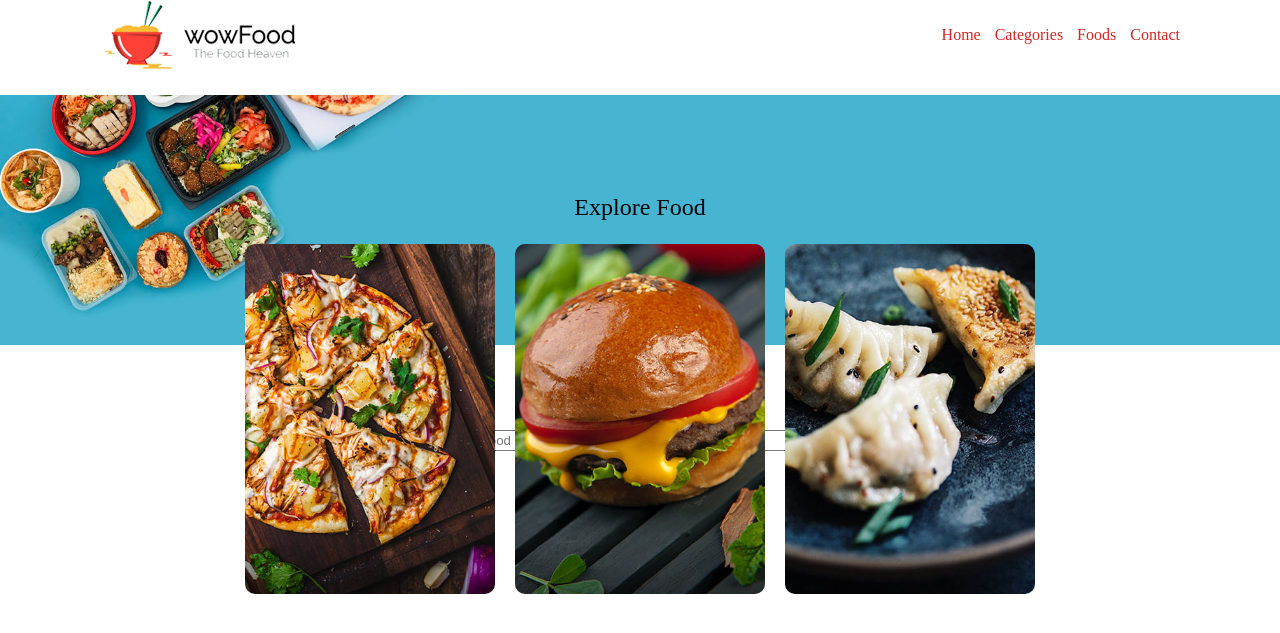
Repository: ruaruababa/WowFood
Page: index.html
These files come from the project's save history. The page is drawn as it stood at one moment and after the next save; the edit follows.
The browser window is 1280 px wide. The pictures show the whole page.

Above is the page before, as saved 2021-09-17 22:56:07.

### index.html
<!DOCTYPE html>
<html lang="en">

<head>
    <meta charset="UTF-8" />
    <meta http-equiv="X-UA-Compatible" content="IE=edge" />
    <meta name="viewport" content="width=device-width, initial-scale=1.0" />
    <title>Document</title>
    <link rel="stylesheet" href="./style.css" />
    <link rel="stylesheet" href="./reset.css" />
</head>

<body>
    <header>
        <div class="container-header">
            <div class="header-left">
                <img src="./img/logo.png" alt="" />
            </div>
            <div class="header-right">
                <ul class="nav">
                    <li class="item"><a href="">Home</a></li>
                    <li class="item"><a href="">Categories</a></li>
                    <li class="item"><a href="">Foods</a></li>
                    <li class="item"><a href="">Contact</a></li>
                </ul>
            </div>
        </div>
    </header>
    <nav>
        <div class="container-nav">
            <div class="background-search">
                <img src="./img/bg.jpg" alt="bgr-search" />
            </div>
            <div class="form">
                <input type="text" placeholder="Search for Food ..." class="input-search" />
                <input type="button" value="Search" class="btn-search" />
            </div>
        </div>
    </nav>
    <section>
        <div class="container-section">
            <div class="explore-food">Explore Food</div>
            <div class="collection-food">
                <ul class="list-food">
                    <li class="item"><img src="./img/pizza.jpg" alt="" /></li>
                    <li class="item"><img src="./img/burger.jpg" alt="" /></li>
                    <li class="item"><img src="./img/momo.jpg" alt="" /></li>
                </ul>
            </div>
        </div>
    </section>
</body>

</html>

### style.css
.container-header{
    display: flex;
    justify-content: space-between;
    align-items: center;
}
.header-left{
    display: flex;
    margin-left: 100px;
}
.name-brand{
    margin-top: 50%;
}

.header-right{
    margin-right: 100px;
}
.nav{
    list-style: none;
}
.nav li{
    display: inline;
    padding-left: 10px;
}
.nav li a {
    text-decoration: none;
    color: rgb(211, 38, 38);
}

.container-nav {
    text-align: center;
    height: 100px;
    line-height: 100px;
}
.background-search img{
    margin-top: 25px;
    height: 250px;
    width: 100%;
    object-fit: cover;
}
.input-search{
    width: 30%;
}
.btn-search{
    background-color: rgba(250, 59, 59, 0.849);
    border: none;
    border-radius: 3px;
    font-size: 15.5px;
    color: white;
}
.list-food{
    display: flex;
    justify-content: center;
    column-gap: 20px;
}
.explore-food{
    font-size: 24px;
    text-align: center;
    padding: 25px 0;
}
.list-food li {
    width: 250px;
    height: 350px;
}

.list-food li img {
    width: 100%;
    height: 100%;
    object-fit: cover;
    border-radius: 10px;
}

Loaded but not shown: reset.css (common file)

After the next save:
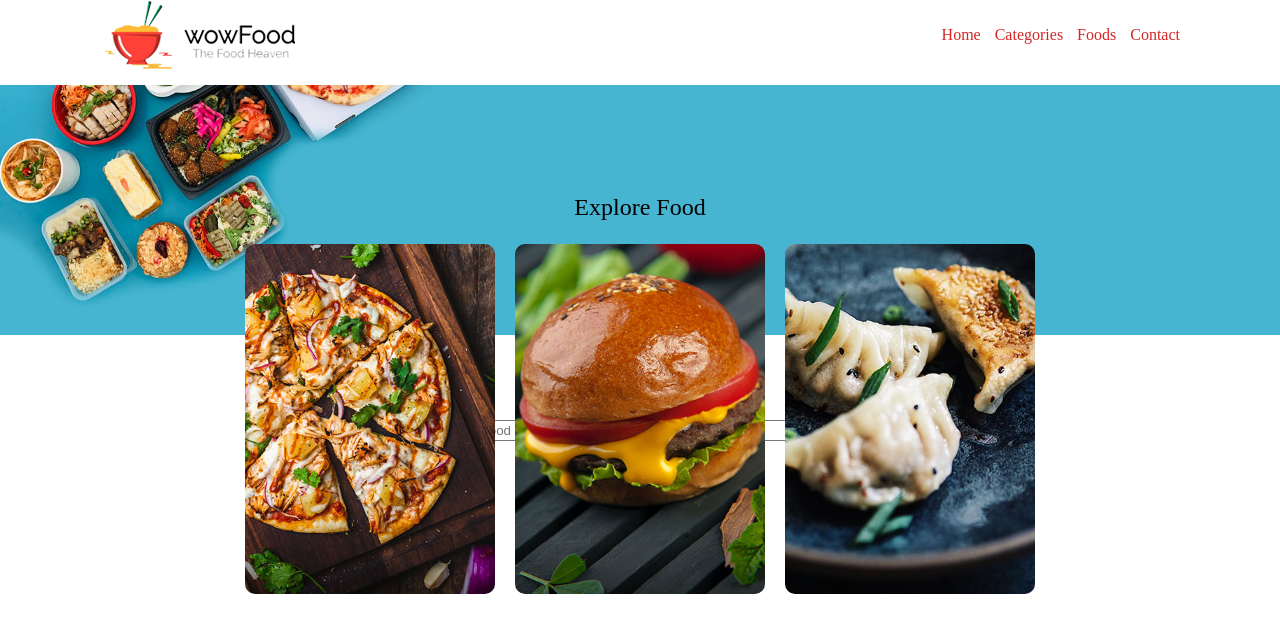
Saved 25 s later.
--- a/style.css
+++ b/style.css
@@ -32,7 +32,7 @@
     line-height: 100px;
 }
 .background-search img{
-    margin-top: 25px;
+    margin-top: 15px;
     height: 250px;
     width: 100%;
     object-fit: cover;
